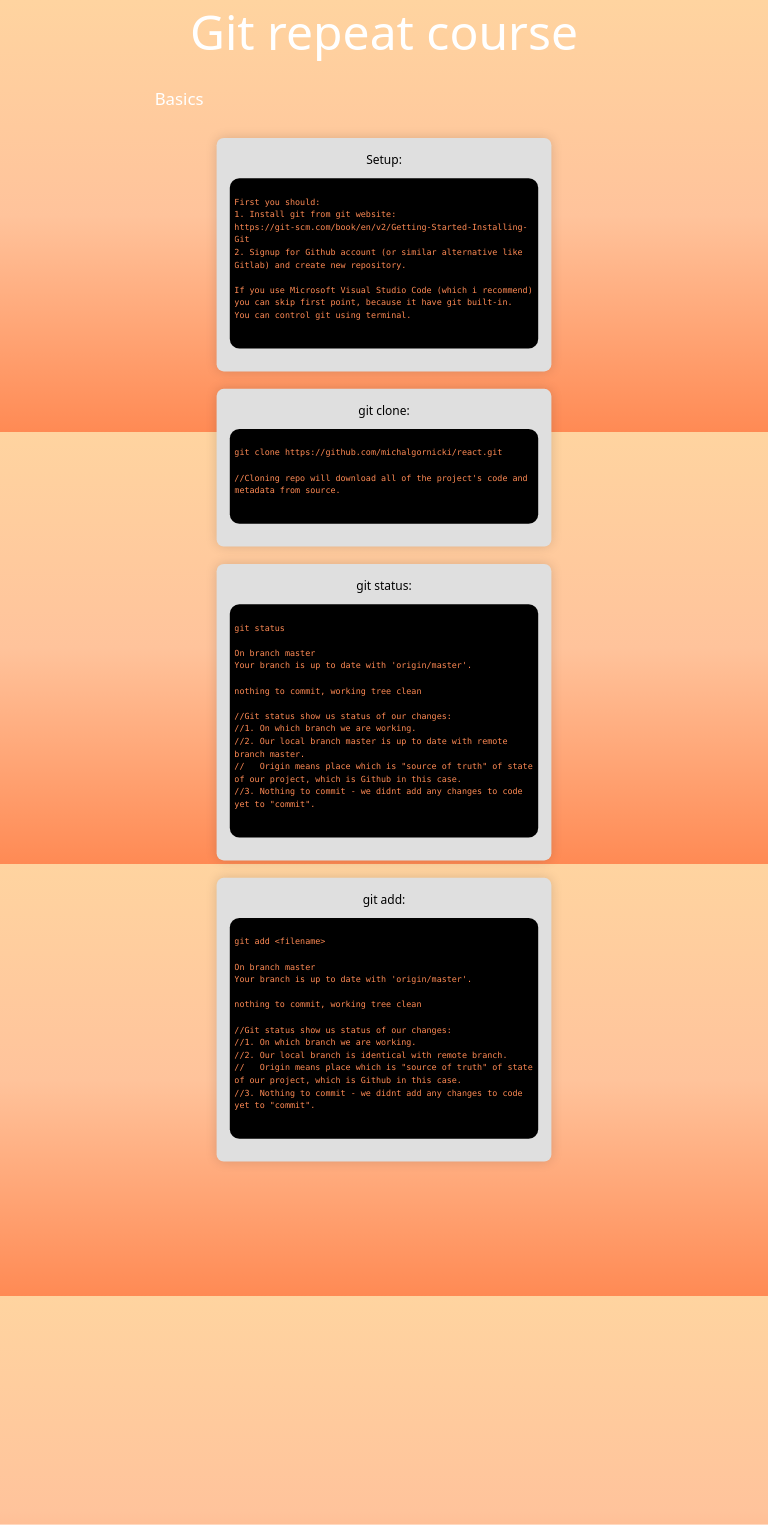
Repository: michalgornicki/git
Page: /
These files come from the project's save history. The page is drawn as it stood at one moment and after a run of saves; the edit follows.
The browser window is 1280 px wide. The pictures show the whole page, at 60% of full size.
Backgrounds fixed to the window are drawn as part of the page. The project was rebuilt for these pictures with package versions that can differ from the ones it lists, and the page was loaded fresh each time. Imported but missing from the stored project, and not drawn on this page: src/components/DOM manipulation.jsx, src/components/async.jsx, src/components/loops.jsx, src/components/numbers.jsx, src/components/variables.jsx, src/components/window.jsx.

Above is the page before, as saved 2022-02-10 08:13:29.

### src/App.jsx
import React from "react";
import "./App.css";
import "bootstrap/dist/css/bootstrap.min.css";
import { Route, HashRouter as Router, Routes, Link } from "react-router-dom";
import Arrays from "./components/arrays.jsx"
import Variables from "./components/variables.jsx"
import Numbers from "./components/numbers.jsx"
import Loops from "./components/loops.jsx"
import Async from "./components/async.jsx"
import DOM from "./components/DOM manipulation.jsx"
import Window from "./components/window.jsx"

function App() {


  return (


    <Router>
    <div className="text-center">
      <div className="display-1 mt-1 mb-5 text-white">Git repeat course</div>

      <div className="h3 d-flex w-75 m-auto my-5 justify-content-evenly flex-wrap text-white">

      <Link className="link-style mx-3" to="/">Basics</Link>
      <Link className="link-style mx-3" to="/Numbers"></Link>
      <Link className="link-style mx-3" to="/Variables"></Link>
      <Link className="link-style mx-3" to="/Loops"></Link>
      <Link className="link-style mx-3" to="/Async"></Link>
      <Link className="link-style mx-3" to="/DOM"></Link>
      <Link className="link-style mx-3" to="/Window"></Link>


      </div>

      <Routes>
          <Route path="/" element={<Arrays />} />
          <Route path="/Numbers" element={<Numbers />} />
          <Route path="/Variables" element={<Variables />} />
          <Route path="/Loops" element={<Loops />} />
          <Route path="/Async" element={<Async />} />
          <Route path="/DOM" element={<DOM />} />
          <Route path="/Window" element={<Window />} />
        </Routes>


    </div>
    </Router>
  );
}

export default App;

### src/App.css
@import url('https://fonts.googleapis.com/css2?family=Catamaran:wght@400&display=swap');

body{
    font-family: 'Catamaran', sans-serif;
    overflow-x: hidden;
    padding-bottom: 80vh;
    height: auto;
    background: linear-gradient(rgb(255, 212, 160), rgb(255, 195, 155), rgb(255, 138, 84));
    background-attachment: fixed;
}

.js-item{
    color:rgb(0, 0, 0);
    font-size: 1.25rem;
    background-color: rgb(223, 223, 223);
    transition: 0.2s;
    padding: 3vh;
    margin-bottom: 4vh!important;
    width: 50%;
    margin-left: auto;
    margin-right: auto;
    box-shadow: 0px 0px 20px rgba(0, 0, 0, 0.15);
    border-radius: 0.75rem;
}

.js-item:hover{
    cursor: pointer;
    background-color: rgb(240, 240, 240);
}

.text-pink{
    padding: 0.5rem;
    margin-top: 1rem;
    margin-bottom: 1rem;
    color:rgb(255, 138, 84)!important;
    font-size: 1rem;
    border-radius: 1rem;
    text-align: left;
    background-color: black;
}

pre {
    white-space: pre-wrap;       /* css-3 */
    white-space: -moz-pre-wrap;  /* Mozilla, since 1999 */
    white-space: -pre-wrap;      /* Opera 4-6 */
    white-space: -o-pre-wrap;    /* Opera 7 */
    word-wrap: break-word;       /* Internet Explorer 5.5+ */
   }

.link-style{
    color: inherit;
    text-decoration: inherit;
}

.link-style:hover{
    color: rgb(255, 138, 84);
}

@media only screen and (max-device-width: 600px), (max-width: 600px) {

    .js-item{
        width: 95%;
    }

}

### src/components/arrays.jsx
const Arrays = () => {

  return (
    <div className="container">
      <div className="js-item">
        {" "}
        <div className="">Setup: </div>
        <div className="text-pink">
          <pre>{`
First you should:
1. Install git from git website:
https://git-scm.com/book/en/v2/Getting-Started-Installing-Git
2. Signup for Github account (or similar alternative like Gitlab) and create new repository.

If you use Microsoft Visual Studio Code (which i recommend) you can skip first point, because it have git built-in.
You can control git using terminal.
          `}</pre>
          </div>
      </div>
      <div className="js-item">
        {" "}
        <div className="">git clone: </div>
        <div className="text-pink">
          <pre>{`
git clone https://github.com/michalgornicki/react.git

//Cloning repo will download all of the project's code and metadata from source.
          `}</pre>
          </div>
      </div>

      <div className="js-item">
        {" "}
        <div className="">git status: </div>
        <div className="text-pink">
          <pre>{`
git status

On branch master
Your branch is up to date with 'origin/master'.

nothing to commit, working tree clean

//Git status show us status of our changes:
//1. On which branch we are working.
//2. Our local branch master is up to date with remote branch master.
//   Origin means place which is "source of truth" of state of our project, which is Github in this case.
//3. Nothing to commit - we didnt add any changes to code yet to "commit".
          `}</pre>
          </div>
      </div>
      <div className="js-item">
        {" "}
        <div className="">git add: </div>
        <div className="text-pink">
          <pre>{`
git add <filename>

On branch master
Your branch is up to date with 'origin/master'.

nothing to commit, working tree clean

//Git status show us status of our changes:
//1. On which branch we are working.
//2. Our local branch is identical with remote branch.
//   Origin means place which is "source of truth" of state of our project, which is Github in this case.
//3. Nothing to commit - we didnt add any changes to code yet to "commit".
          `}</pre>
          </div>
      </div>

      </div>
  );
};

export default Arrays;

Loaded but not shown: public/index.html (common file); src/index.js (common file); src/index.css (common file); src/reportWebVitals.js (common file)

After the next 2 saves:
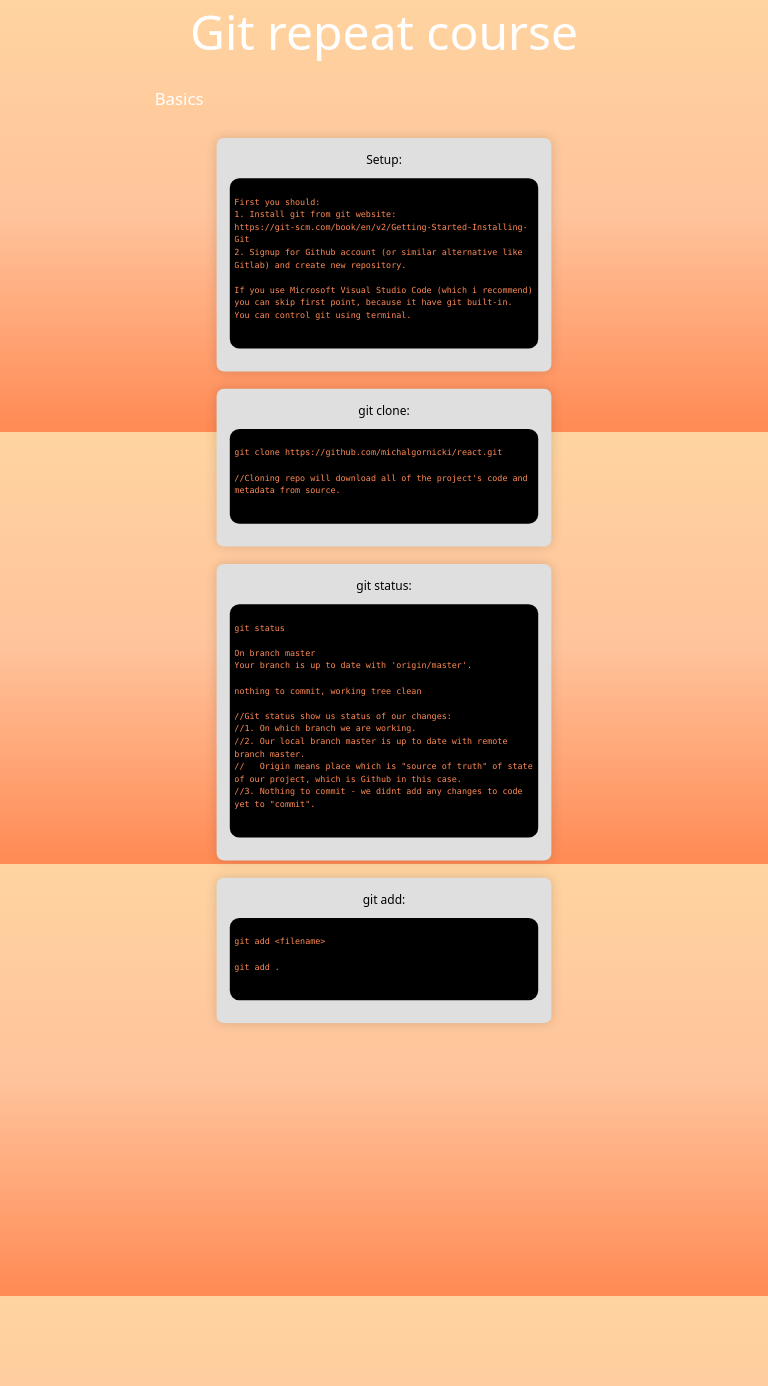
The 2 saves are shown as one change because they came seconds apart.
The last was saved 9 s later.
--- a/src/components/arrays.jsx
+++ b/src/components/arrays.jsx
@@ -56,16 +56,7 @@ nothing to commit, working tree clean
           <pre>{`
 git add <filename>
 
-On branch master
-Your branch is up to date with 'origin/master'.
-
-nothing to commit, working tree clean
-
-//Git status show us status of our changes:
-//1. On which branch we are working.
-//2. Our local branch is identical with remote branch.
-//   Origin means place which is "source of truth" of state of our project, which is Github in this case.
-//3. Nothing to commit - we didnt add any changes to code yet to "commit".
+git add .
           `}</pre>
           </div>
       </div>
